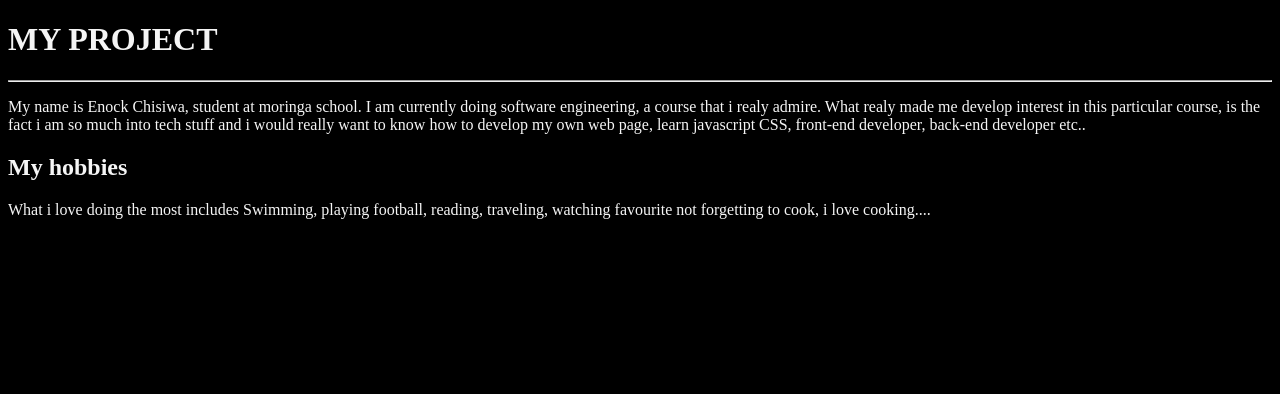
Repository: chiscobyte/README.md
Page: my project/index.html
These files come from the project's save history. The page is drawn as it stood at one moment and after the next save; the edit follows.
The browser window is 1280 px wide. The pictures show the whole page.

Above is the page before, as saved 2025-02-22 13:10:22.

After the next save:
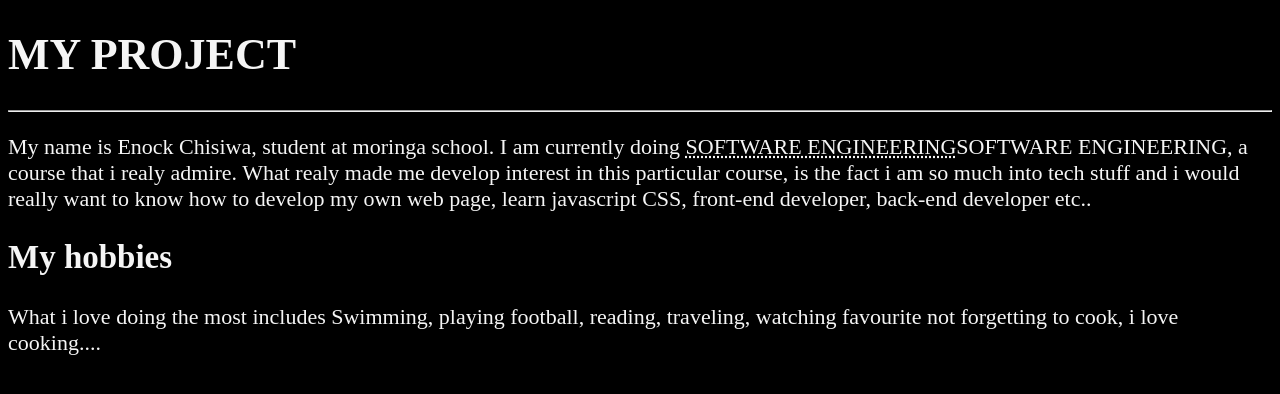
Saved 5 h 45 min later.
--- a/my project/index.html
+++ b/my project/index.html
@@ -2,10 +2,10 @@
 <html lang="en">
 <head>
     <meta charset="UTF-8">
-    <meta name="viewport" content="width=device-width, initial-scale=1.0">
+    <meta name="Author" content="Enock Chisiwa">
     <title>Chisiwa web</title>
     <style>
-        html {font-size: 22pax
+        html {font-size: 22px
         }
 
         body {
@@ -19,7 +19,7 @@
 
     <hr>
 
-    <p>My name is Enock Chisiwa, student at moringa school. I am currently doing software engineering,
+    <p>My name is Enock Chisiwa, student at moringa school. I am currently doing <abbr title="">SOFTWARE ENGINEERING</abbr>SOFTWARE ENGINEERING,
     a course that i realy admire. What realy made me develop interest in this particular course, is
     the fact i am so much into tech stuff and i would really want to know how to develop my own web page,
     learn javascript CSS, front-end developer, back-end developer etc..</p>
